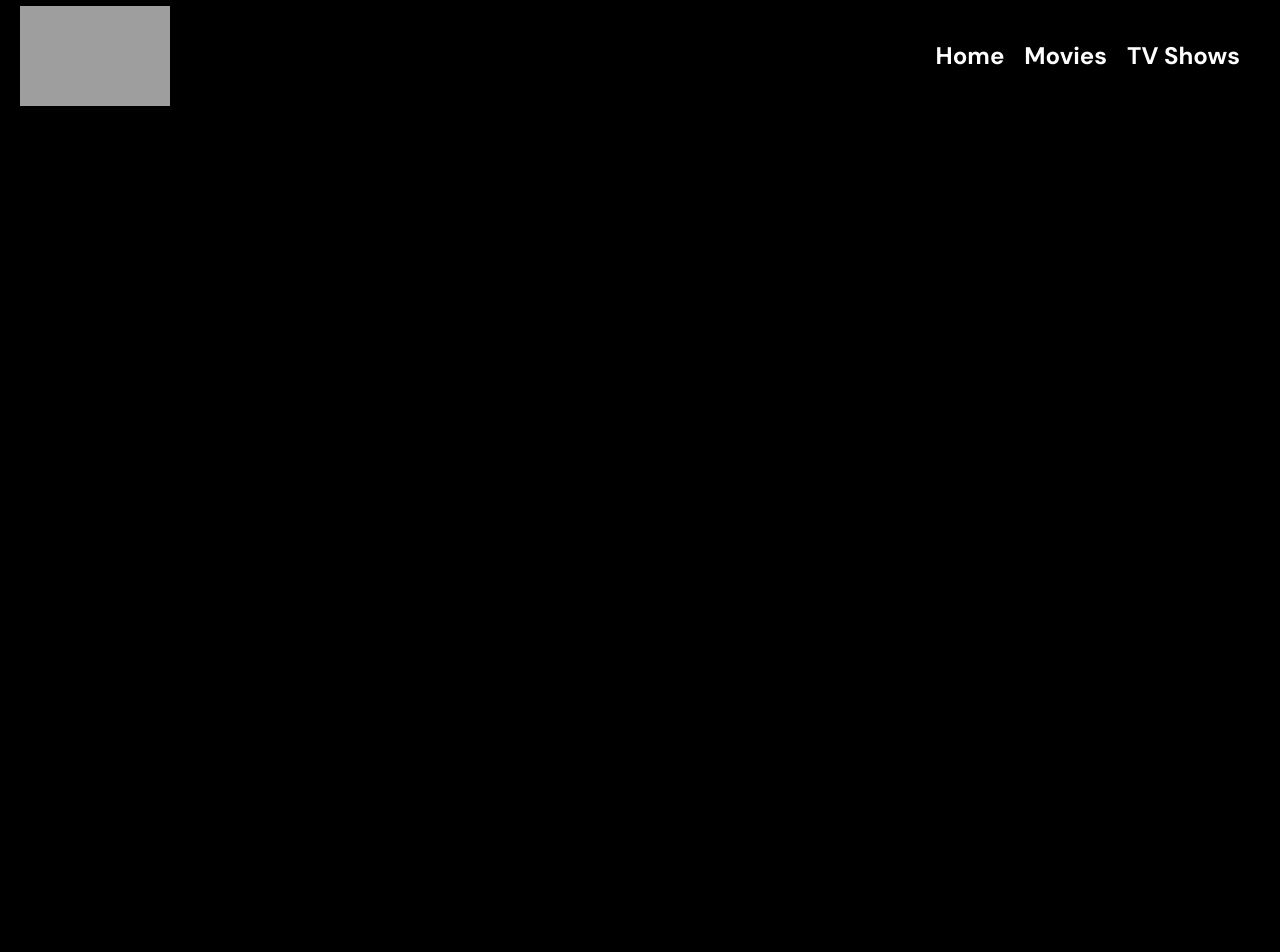
Repository: quynguyenn97/react-movie-app
Page: /
An editor plug-in stored every save of this project. The page is shown before and after a run of saves, followed by the edit.
The browser window is 1280 px wide. The pictures show the part of the page from y = 0 to 952 px (the page is 1996 px tall).
Pictures or frames that could not be fetched are drawn as grey boxes. The page's requests for data from a server got no answer. The project was rebuilt for these pictures with package versions that can differ from the ones it lists, and the page was loaded fresh each time. No one was signed in, and anything a server would have sent is missing. Also part of the build but not shown: src/components/button/Button.js, src/hook/useDebounce.js, src/components/shows/ShowsCard.js, src/pages/ShowPage.js, src/pages/ShowDetailPage.js.

Above is the page before, as saved 2022-10-15 09:07:31.

### public/index.html
<!DOCTYPE html>
<html lang="en">
    <head>
        <meta charset="utf-8" />
        <link rel="icon" href="%PUBLIC_URL%/favicon.ico" />
        <meta name="viewport" content="width=device-width, initial-scale=1" />
        <meta name="theme-color" content="#000000" />
        <meta
            name="description"
            content="Web site created using create-react-app" />
        <link rel="apple-touch-icon" href="%PUBLIC_URL%/logo192.png" />
        <!--
      manifest.json provides metadata used when your web app is installed on a
      user's mobile device or desktop. See https://developers.google.com/web/fundamentals/web-app-manifest/
    -->
        <link rel="manifest" href="%PUBLIC_URL%/manifest.json" />
        <!--
      Notice the use of %PUBLIC_URL% in the tags above.
      It will be replaced with the URL of the `public` folder during the build.
      Only files inside the `public` folder can be referenced from the HTML.

      Unlike "/favicon.ico" or "favicon.ico", "%PUBLIC_URL%/favicon.ico" will
      work correctly both with client-side routing and a non-root public URL.
      Learn how to configure a non-root public URL by running `npm run build`.
    -->
        <link rel="preconnect" href="https://fonts.googleapis.com" />
        <link rel="preconnect" href="https://fonts.gstatic.com" crossorigin />
        <link
            href="https://fonts.googleapis.com/css2?family=DM+Sans:wght@400;500;700&display=swap"
            rel="stylesheet" />
        <title>React App</title>
    </head>
    <body>
        <noscript>You need to enable JavaScript to run this app.</noscript>
        <div id="root"></div>
        <!--
      This HTML file is a template.
      If you open it directly in the browser, you will see an empty page.

      You can add webfonts, meta tags, or analytics to this file.
      The build step will place the bundled scripts into the <body> tag.

      To begin the development, run `npm start` or `yarn start`.
      To create a production bundle, use `npm run build` or `yarn build`.
    --></body>
</html>

### src/index.js
import React from "react";
import ReactDOM from "react-dom/client";
import "./index.scss";
import App from "./App";
import reportWebVitals from "./reportWebVitals";
import { BrowserRouter } from "react-router-dom";

const root = ReactDOM.createRoot(document.getElementById("root"));
root.render(
    <BrowserRouter>
        <React.StrictMode>
            <App />
        </React.StrictMode>
    </BrowserRouter>
);

// If you want to start measuring performance in your app, pass a function
// to log results (for example: reportWebVitals(console.log))
// or send to an analytics endpoint. Learn more: https://bit.ly/CRA-vitals
reportWebVitals();

### src/index.scss
@tailwind base;
@tailwind components;
@tailwind utilities;

@layer base {
    body {
        @apply bg-black font-body px-5 text-white;
    }
}
@layer components {
    .page-container {
        max-width: 1280px;
        @apply mx-auto;
    }
    .movie-list .swiper-slide {
        width: 300px;
        height: auto;
    }
    .banner .swiper {
        height: 100%;
    }
    .btn {
        box-shadow: 0 0 6px 6px rgba(#fc2872, 0.3);
    }
    .btn-custom {
        background: linear-gradient(107.61deg, #00a7b4 15.59%, #a4d96c 87.25%);
        border-radius: 8px;
        box-shadow: 0 0 6px 6px rgba(#a4d96c, 0.3);
    }
    .contact :hover {
        color: #a4d96c;
    }
}
.pagination {
    display: flex;
    align-items: center;
    justify-content: center;
    gap: 20px;
    .selected {
        @apply text-primary;
    }
}
.skeleton {
    background-color: #eee;
    background-image: linear-gradient(
        110deg,
        #ececec 8%,
        #f5f5f5 18%,
        #ececec 33%
    );
    background-size: 200% 100%;
    animation: 1.5s shine linear infinite;
}
@keyframes shine {
    to {
        background-position-x: -200%;
    }
}

### src/App.js
import { Fragment, lazy, Suspense } from "react";
import Banner from "./banner/Banner";
import "swiper/scss";
import "swiper/css/autoplay";
import { Route, Routes } from "react-router-dom";
import Main from "./layout/Main";
import ShowPage from "./pages/ShowPage";
import ShowDetailsPage from "./pages/ShowDetailPage";
const HomePage = lazy(() => import("./pages/HomePage"));
const MovieDetailsPage = lazy(() => import("./pages/MovieDetailsPage"));
const MoviePage = lazy(() => import("./pages/MoviePage"));

function App() {
    return (
        <Fragment>
            <Suspense fallback={<></>}>
                <Routes>
                    <Route element={<Main></Main>}>
                        <Route
                            path="/"
                            element={
                                <>
                                    <Banner></Banner>
                                    <HomePage></HomePage>
                                </>
                            }></Route>
                        <Route
                            path="/movies"
                            element={<MoviePage></MoviePage>}></Route>
                        <Route
                            path="/movie/:movieId"
                            element={
                                <MovieDetailsPage></MovieDetailsPage>
                            }></Route>
                        <Route
                            path="/shows"
                            element={<ShowPage></ShowPage>}></Route>
                        <Route
                            path="/show/:showId"
                            element={
                                <ShowDetailsPage></ShowDetailsPage>
                            }></Route>
                    </Route>
                </Routes>
            </Suspense>
        </Fragment>
    );
}

export default App;

### src/banner/Banner.js
import React from "react";
import useSWR from "swr";
import { fetcher } from "../config";
import { SwiperSlide, Swiper } from "swiper/react";
import { useNavigate } from "react-router-dom";
import Button from "../components/button/Button";
import { tmdbAPI } from "../config";

const Banner = () => {
    const { data } = useSWR(tmdbAPI.getMovieList("upcoming"), fetcher);
    const movies = data?.results || [];
    return (
        <section className="banner h-[800px] page-container mb-10">
            <Swiper
                grabCursor={"true"}
                spaceBetween={40}
                slidesPerView={"auto"}>
                {movies &&
                    movies.length > 0 &&
                    movies.map((item, index) => {
                        return (
                            <SwiperSlide key={`index-${index}`}>
                                <BannerItem item={item}></BannerItem>
                            </SwiperSlide>
                        );
                    })}
            </Swiper>
        </section>
    );
};
function BannerItem({ item }) {
    const navigate = useNavigate();

    return (
        <div className="w-full h-full rounded-3xl relative flex">
            <div className="overlay absolute inset-0 bg-gradient-to-t from-[rgba(0,0,0,0.8)] to-[rgba(0,0,0,0.8)] rounded-lg"></div>
            <img
                src={tmdbAPI.imageOriginal(item.poster_path)}
                alt=""
                className="w-full h-full object-cover rounded-lg "
            />
            <>
                <div className="md:w-[250px] md:h-[400px] lg:w-[300px] lg:h-[500px] xl:w-[400px] xl:h-[600px] w-[200px] h-[400px] absolute right-[10%] top-[10%] md:top-[30%] lg:top-[20%] rounded-3xl z-10">
                    <img
                        className="w-full h-full object-cover rounded-3xl"
                        alt=""
                        src={tmdbAPI.imageOriginal(item.backdrop_path)}
                    />
                </div>
                <div className="absolute left-5 top-[30%]  md:w-[350px] lg:w-[500px] xl:w-[600px] w-[200px] text-white">
                    <h2 className="font-bold text-4xl lg:text-6xl mb-5">
                        {item.title}
                    </h2>
                    <p className="text-md lg:text-xl mb-5">{item.overview}</p>
                    <div className="flex items-center gap-x-3">
                        <Button
                            onClick={() => navigate(`/movie/${item.id}`)}
                            className="btn"
                            bgColor="bg-primary">
                            Watch now
                        </Button>
                    </div>
                </div>
            </>
        </div>
    );
}
export default Banner;

### src/layout/Main.js
import React, { Fragment } from "react";
import Header from "./Header";
import { Outlet } from "react-router-dom";
const Main = () => {
    return (
        <Fragment>
            <Header></Header>
            <Outlet></Outlet>
        </Fragment>
    );
};

export default Main;

### src/pages/HomePage.js
import React, { Fragment } from "react";
import MovieList from "../components/movie/MovieList";
import ShowsList from "../components/shows/ShowsList";
import Footer from "../layout/Footer";
const HomePage = () => {
    return (
        <Fragment>
            <section className="movies-layout page-container pb-20">
                <h2 className="text-primary capitalize mb-5 text-3xl font-bold">
                    Now playing
                </h2>
                <MovieList></MovieList>
                <div className="movie-list grid grid-cols-4 gap-10"></div>
            </section>
            <section className="movies-layout page-container pb-20">
                <h2 className="text-primary capitalize mb-5 text-3xl font-bold">
                    Top Rated
                </h2>
                <MovieList type="top_rated"></MovieList>
            </section>
            <section className="movies-layout page-container pb-20">
                <h2 className="text-primary capitalize mb-5 text-3xl font-bold">
                    Trending
                </h2>
                <MovieList type="popular"></MovieList>
            </section>
            <section className="movies-layout page-container pb-20">
                <h2 className="text-[#88d13a] capitalize mb-5 text-3xl font-bold">
                    TV Shows
                </h2>
                <ShowsList type="popular"></ShowsList>
            </section>
            <Footer />
        </Fragment>
    );
};

export default HomePage;

### src/config.js
export const fetcher = (...args) => fetch(...args).then((res) => res.json());
export const apiKey = "5b6bd71d2eb24fb649d55629a64802ff";
const tmdbEndpoint = "https://api.themoviedb.org/3/movie";
const tmdbEndpointTV = "https://api.themoviedb.org/3/tv";
const tmdbEndpointSearch = "https://api.themoviedb.org/3/search/movie";
const tmdbEndpointSearchTV = "https://api.themoviedb.org/3/search/tv";
export const tmdbAPI = {
    getMovieList: (type, page = 2) =>
        `${tmdbEndpoint}/${type}?api_key=${apiKey}&page=${page}`,
    getMovieDetails: (movieId) =>
        `${tmdbEndpoint}/${movieId}?api_key=${apiKey}`,
    getMovieMeta: (movieId, type) =>
        `${tmdbEndpoint}/${movieId}/${type}?api_key=${apiKey}`,
    getMovieSearch: (query, page) =>
        `${tmdbEndpointSearch}?api_key=${apiKey}&query=${query}&page=${page}`,
    getTVList: (type, page = 1) =>
        `${tmdbEndpointTV}/${type}?api_key=${apiKey}&page=${page}`,
    getTVSearch: (query, page) =>
        `${tmdbEndpointSearchTV}?api_key=${apiKey}&query=${query}&page=${page}`,
    getTVDetails: (showId) => `${tmdbEndpointTV}/${showId}?api_key=${apiKey}`,
    getTVMeta: (showId, type) =>
        `${tmdbEndpointTV}/${showId}/${type}?api_key=${apiKey}`,

    imageOriginal: (url) => `https://image.tmdb.org/t/p/original/${url}`,
    image500: (url) => `https://image.tmdb.org/t/p/w500/${url}`,
};

### src/layout/Header.js
import React from "react";
import { NavLink } from "react-router-dom";

const Header = () => {
    return (
        <header>
            <div className="flex items-center justify-between page-container flex-wrap sm:flex-nowrap ">
                <div className="w-[250px] h-[50px] sm:w-[150px] sm:h-[100px] mx-auto sm:mx-0">
                    <img
                        src="https://i0.wp.com/www.downloadfonts.io/wp-content/uploads/2021/09/Netflix-Logo-Font.png?fit=1024%2C581&ssl=1"
                        alt=""
                        className="object-cover w-full h-full"
                    />
                </div>
                <div className="header flex items-center justify-end mr-0 md:mr-5 gap-x-2 md:gap-x-5 text-white py-10  text-2xl sm:text-2xl font-bold">
                    <NavLink
                        to="/"
                        className={({ isActive }) =>
                            isActive ? "text-white" : ""
                        }>
                        Home
                    </NavLink>
                    <NavLink
                        to="/movies"
                        className={({ isActive }) =>
                            isActive ? "text-primary" : ""
                        }>
                        Movies
                    </NavLink>
                    <NavLink
                        to="/shows"
                        className={({ isActive }) =>
                            isActive ? "text-[#52851b]" : ""
                        }>
                        TV Shows
                    </NavLink>
                </div>
            </div>
        </header>
    );
};

export default Header;

### src/components/movie/MovieList.js
import React, { useEffect, useState } from "react";
import { SwiperSlide, Swiper } from "swiper/react";
import useSWR from "swr";
import { fetcher } from "../../config";
import MovieCard, { MovieCardSkeleton } from "./MovieCard";
import { tmdbAPI } from "../../config";

const MovieList = ({ type = "now_playing" }) => {
    const { data, error } = useSWR(tmdbAPI.getMovieList(type), fetcher);
    const isLoading = !data && !error;
    const movie = data?.results || [];
    return (
        <div className="movie-list">
            {isLoading && (
                <>
                    <Swiper
                        grabCursor={"true"}
                        spaceBetween={40}
                        slidesPerView={"auto"}>
                        <SwiperSlide>
                            <MovieCardSkeleton></MovieCardSkeleton>
                        </SwiperSlide>
                        <SwiperSlide>
                            <MovieCardSkeleton></MovieCardSkeleton>
                        </SwiperSlide>
                        <SwiperSlide>
                            <MovieCardSkeleton></MovieCardSkeleton>
                        </SwiperSlide>
                        <SwiperSlide>
                            <MovieCardSkeleton></MovieCardSkeleton>
                        </SwiperSlide>
                        <SwiperSlide>
                            <MovieCardSkeleton></MovieCardSkeleton>
                        </SwiperSlide>
                    </Swiper>
                </>
            )}
            {!isLoading && (
                <Swiper
                    grabCursor={"true"}
                    spaceBetween={40}
                    slidesPerView={"auto"}>
                    {movie &&
                        movie.length > 0 &&
                        movie.map((item) => {
                            return (
                                <SwiperSlide key={`movie-${item.id}`}>
                                    <MovieCard item={item}></MovieCard>
                                </SwiperSlide>
                            );
                        })}
                </Swiper>
            )}
        </div>
    );
};

export default MovieList;

### src/components/shows/ShowsList.js
import React from "react";
import { SwiperSlide, Swiper } from "swiper/react";
import useSWR from "swr";
import { fetcher } from "../../config";
import { MovieCardSkeleton } from "../movie/MovieCard";
import { tmdbAPI } from "../../config";
import ShowsCard from "./ShowsCard";

const ShowList = ({ type = "top_rated" }) => {
    const { data, error } = useSWR(tmdbAPI.getTVList(type), fetcher);
    const isLoading = !data && !error;
    const show = data?.results || [];
    return (
        <div className="movie-list">
            {isLoading && (
                <>
                    <Swiper
                        grabCursor={"true"}
                        spaceBetween={40}
                        slidesPerView={"auto"}>
                        <SwiperSlide>
                            <MovieCardSkeleton></MovieCardSkeleton>
                        </SwiperSlide>
                        <SwiperSlide>
                            <MovieCardSkeleton></MovieCardSkeleton>
                        </SwiperSlide>
                        <SwiperSlide>
                            <MovieCardSkeleton></MovieCardSkeleton>
                        </SwiperSlide>
                        <SwiperSlide>
                            <MovieCardSkeleton></MovieCardSkeleton>
                        </SwiperSlide>
                        <SwiperSlide>
                            <MovieCardSkeleton></MovieCardSkeleton>
                        </SwiperSlide>
                    </Swiper>
                </>
            )}
            {!isLoading && (
                <Swiper
                    grabCursor={"true"}
                    spaceBetween={40}
                    slidesPerView={"auto"}>
                    {show &&
                        show.length > 0 &&
                        show.map((item) => {
                            return (
                                <SwiperSlide key={`movie-${item.id}`}>
                                    <ShowsCard item={item}></ShowsCard>
                                </SwiperSlide>
                            );
                        })}
                </Swiper>
            )}
        </div>
    );
};

export default ShowList;

### src/layout/Footer.js
import React from "react";

const Footer = () => {
    return (
        <div className="w-full h-[500px] relative page-container">
            <img
                src="https://movie-clone-sigma.vercel.app/static/media/footer-bg.67e95f05e76a8cebf7e2.jpg"
                alt=""
                className="object-cover h-[500px] w-full absolute"
            />
            <h3 className="text-[#fc2872] absolute text-2xl font-bold bottom-[45%] left-[45%] contact">
                <a href="https://www.facebook.com/nguyenhoangtrongquy/">
                    Contact Me
                </a>
            </h3>
        </div>
    );
};

export default Footer;

### src/components/loading/LoadingSkeleton.js
import React from "react";

const LoadingSkeleton = (props) => {
    return (
        <div
            className={`skeleton ${props.className}`}
            style={{
                height: props.height,
                width: props.width || "100%",
                borderRadius: props.radius,
            }}></div>
    );
};

export default LoadingSkeleton;

### tailwind.config.js
/** @type {import('tailwindcss').Config} */
module.exports = {
    content: ["./src/**/*.{js,jsx,ts,tsx}"],
    theme: {
        extend: {
            fontFamily: {
                body: ["DM sans", "sans-serif"],
            },
            colors: {
                primary: "#FC2872",
                secondary: "#6F5CF1",
            },
        },
    },
    plugins: [],
};

Loaded but not shown: src/reportWebVitals.js (common file); src/components/movie/MovieCard.js (87 lines, source omitted)

After the next 2 saves:
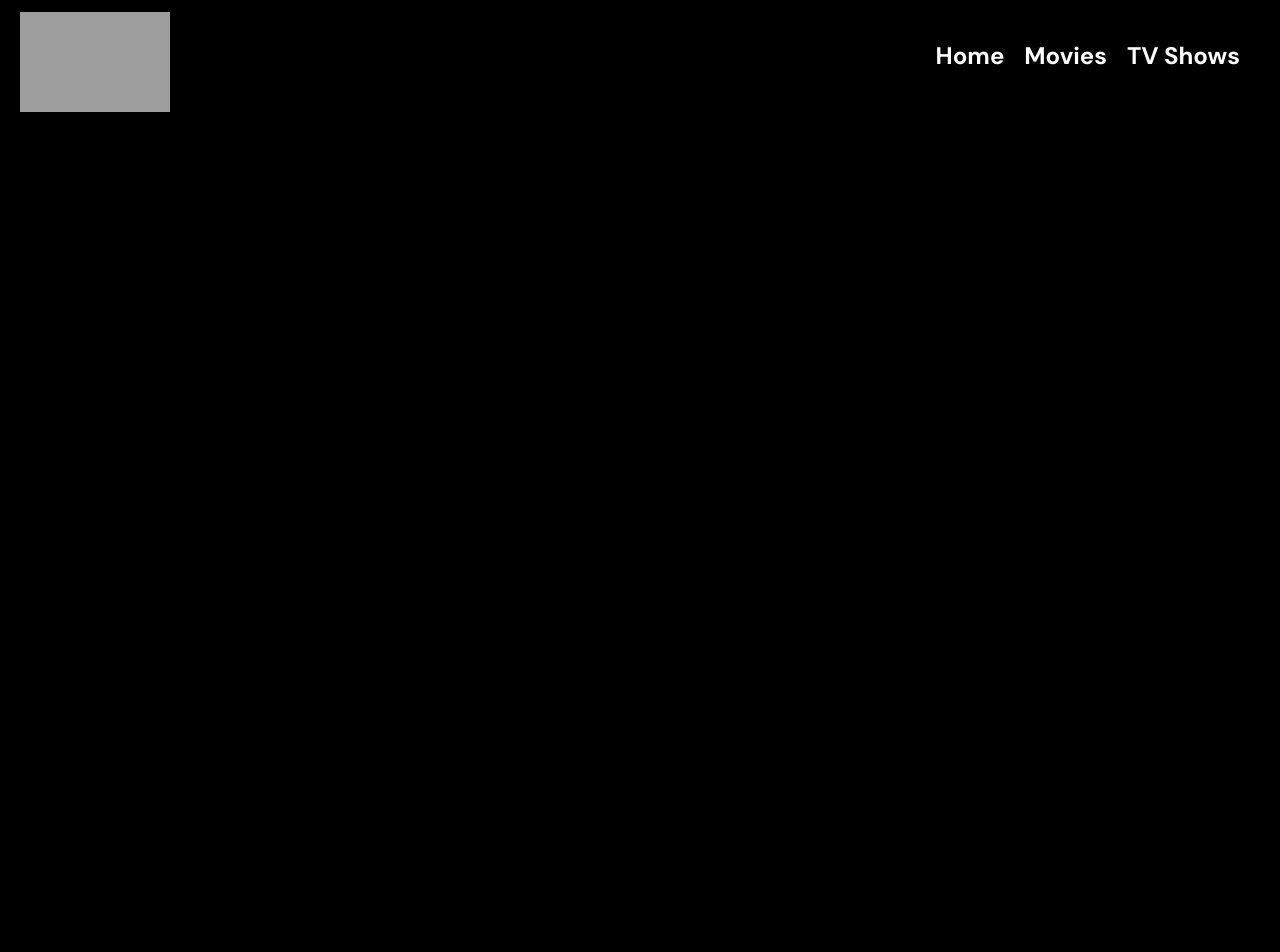
The 2 saves are shown as one change because they came seconds apart.
The last was saved 28 s later.
--- a/src/layout/Header.js
+++ b/src/layout/Header.js
@@ -5,7 +5,7 @@
     return (
         <header>
             <div className="flex items-center justify-between page-container flex-wrap sm:flex-nowrap ">
-                <div className="w-[250px] h-[50px] sm:w-[150px] sm:h-[100px] mx-auto sm:mx-0">
+                <div className="w-[250px] h-[50px] sm:w-[150px] sm:h-[100px] mx-auto sm:mx-0 mt-3">
                     <img
                         src="https://i0.wp.com/www.downloadfonts.io/wp-content/uploads/2021/09/Netflix-Logo-Font.png?fit=1024%2C581&ssl=1"
                         alt=""
